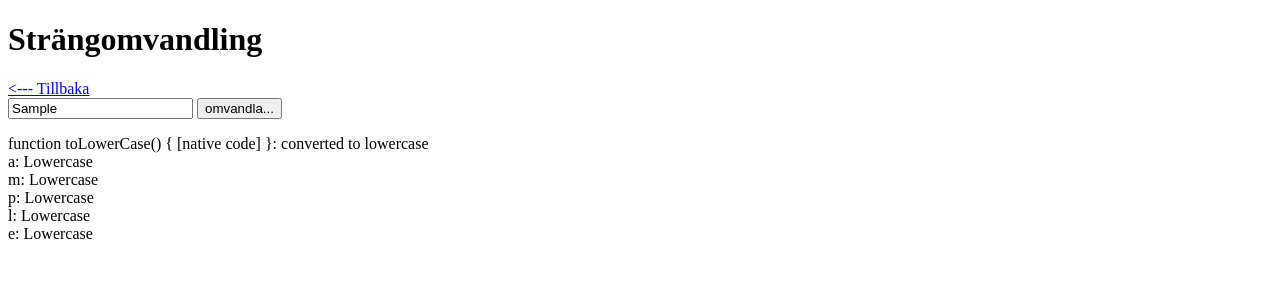
Repository: LindaOtt/1dv403-lo222hd-laborationer
Page: 1-vandalen/strings/index.html
The author's editor kept a record of every edit. The page is drawn from the files as they stood at one moment, then again after the next edit.
The browser window is 1280 px wide. The pictures show the whole page.
Empty fields were first filled with sample values (such as "Sample", 5 or name@example.com).
After loading, the first visible `#send` was clicked once.

Above is the page before.

After the next edit:
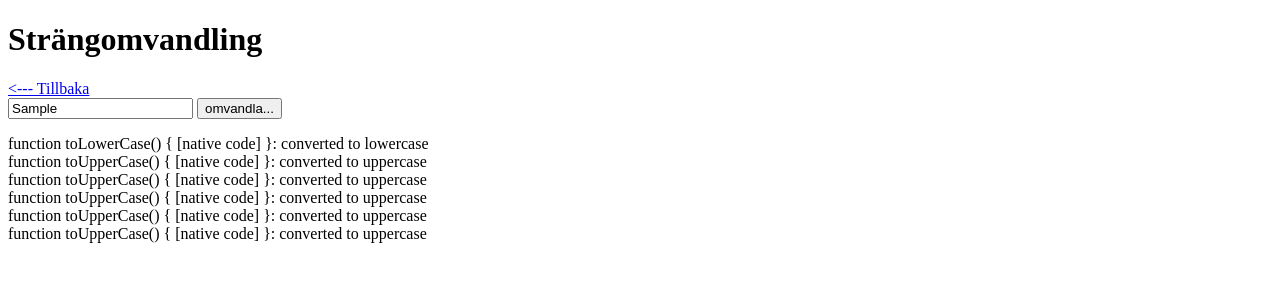
The edit:
--- a/1-vandalen/strings/script.js
+++ b/1-vandalen/strings/script.js
@@ -17,7 +17,7 @@
 
 		        message = message + str[i].toLowerCase + ": converted to lowercase<br>";
 		    } else {
-		        message = message + str[i] + ": Lowercase<br>";
+		        message = message + str[i].toUpperCase + ": converted to uppercase<br>";
 		    }
 		}
 
